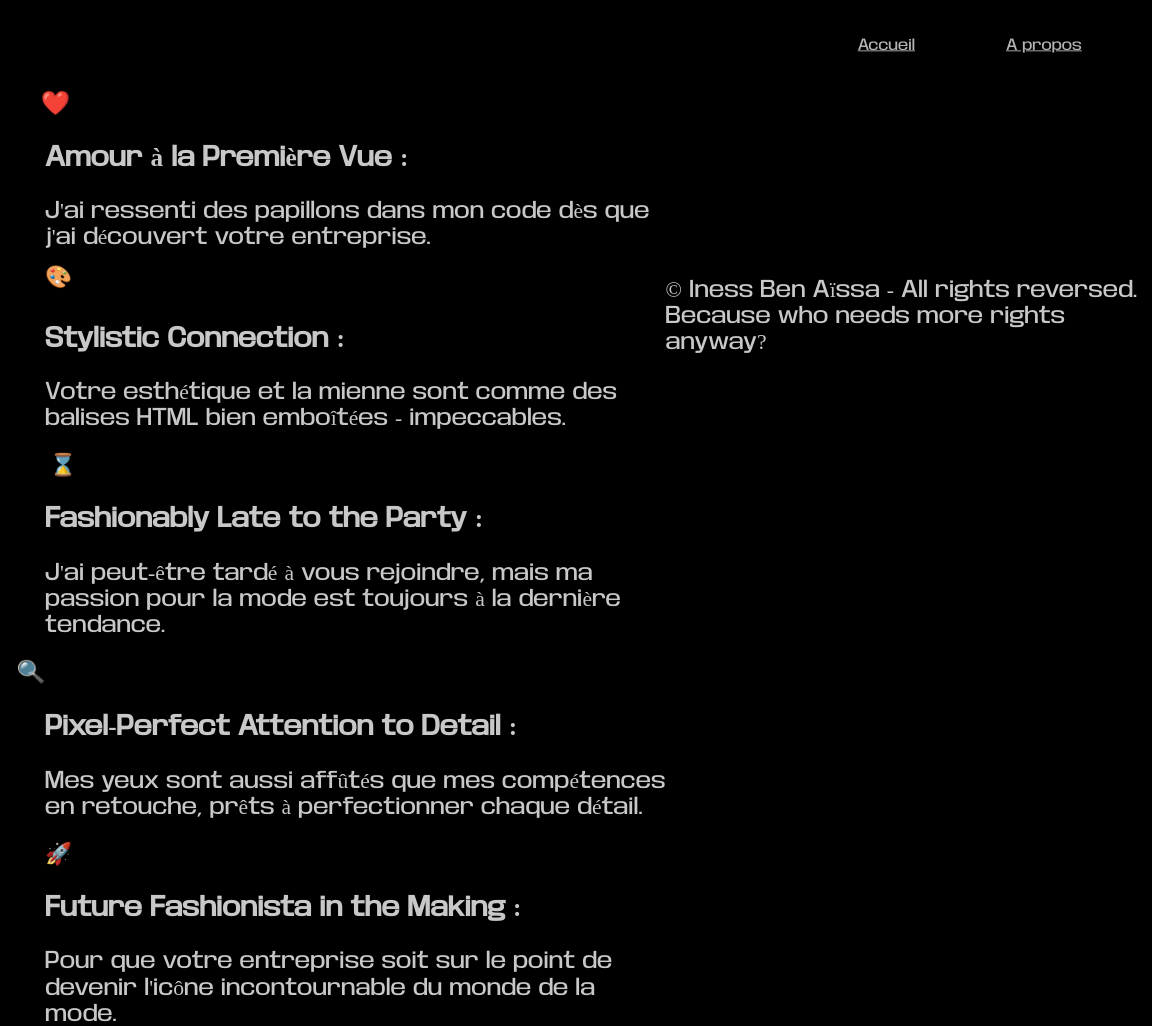
Repository: inessben/application
Page: company/company.html
These files come from the project's save history. The page is drawn as it stood at one moment and after a run of saves; the edit follows.
The browser window is 1280 px wide. The pictures show the whole page, at 90% of full size.

Above is the page before, as saved 2023-12-04 03:08:56.

### company/company.html
<!DOCTYPE html>
<html lang="en">
<head>
    <meta charset="UTF-8">
    <meta name="viewport" content="width=device-width, initial-scale=1.0">
    <!-- generate the icon -->
    <link rel="apple-touch-icon" sizes="180x180" href="/favicon/apple-touch-icon.png">
    <link rel="icon" type="image/png" sizes="32x32" href="/favicon/favicon-32x32.png">
    <link rel="icon" type="image/png" sizes="16x16" href="/favicon/favicon-16x16.png">
    <link rel="manifest" href="/favicon/site.webmanifest">
    <link rel="mask-icon" href="/favicon/safari-pinned-tab.svg" color="#5bbad5">
    <meta name="msapplication-TileColor" content="#da532c">
    <!--  -->
    <meta name="theme-color" content="#ffffff">
    <title>#slowlyApplication</title>
    <link rel="stylesheet" href="company.css">
</head>
<body>
    <section id="nav-header">
        <header class="links">
            <a href="/index.html" class="link">Accueil</a>
            <a href="/about/about.html" class="link">A propos</a>
        </header>
    </section>

    <section id="creative-section">
        <section class="sentences" id="heart-sentence">
            <div id="heart-animation">❤️</div>
            <h3>Amour à la Première Vue :</h3>
            <p>J'ai ressenti des papillons dans mon code dès que j'ai découvert votre entreprise.</p>
        </section>

        <section class="sentences" id="stylistic-connection-sentence">
            <div id="stylistic-connection-animation">🎨</div>
            <h3>Stylistic Connection :</h3>
            <p>Votre esthétique et la mienne sont comme des balises HTML bien emboîtées - impeccables.</p>
        </section>

        <section class="sentences" id="fashionably-late-sentence">
            <div id="fashionably-late-animation">⌛</div>
            <h3>Fashionably Late to the Party :</h3>
            <p>J'ai peut-être tardé à vous rejoindre, mais ma passion pour la mode est toujours à la dernière tendance.</p>
        </section>

        <section class="sentences" id="pixel-perfect-sentence">
            <div id="pixel-perfect-animation">🔍</div>
            <h3>Pixel-Perfect Attention to Detail :</h3>
            <p>Mes yeux sont aussi affûtés que mes compétences en retouche, prêts à perfectionner chaque détail.</p>
        </section>

        <section class="sentences" id="future-fashionista-sentence">
            <div id="future-fashionista-animation">🚀</div>
            <h3>Future Fashionista in the Making :</h3>
            <p>Pour que votre entreprise soit sur le point de devenir l'icône incontournable du monde de la mode.</p>
        </section>
    </section>

    <footer>
        <p>© Iness Ben Aïssa - All rights reversed. Because who needs more rights anyway?</p>
    </footer>
</body>
</html>

### company/company.css
@font-face {
    font-family: "Jolley";
    src: url("/fonts/jolley.woff");
    }

@font-face {
    font-family: "Base Neue";
    src: url("/fonts/base-neue.ttf");
    }

::-webkit-scrollbar {
    width: 8px;
    }

::-webkit-scrollbar-track {
    background-color: #000;
    }

::-webkit-scrollbar-thumb {
    background-color: #4b4b4b;
    border-radius: 4px;
    }

::-webkit-scrollbar-thumb:hover {
    opacity: 0.7;
    }

html {
    scroll-behavior: smooth;
    }

body {
font-family: "Base Neue";
    margin: 0;
    margin-left: 50px;
    padding: 0;
    display: flex;
    align-items: center;
    justify-content: center;
    height: 100vh;
    background-color: #000000;
    color: #c8c8c8;
    font-size: 24px;
    }

#nav-header {
        position: absolute;
        top: 30px;
        right: 20px;
        font-size: 16px;
        font-weight: 500;
        padding: 10px;
    }

.link {
    padding: 8px;
    text-decoration: #b3b3b3 underline;
    color: #b3b3b3;
    margin: auto 40px;
    }

.link:hover {
        opacity: 0.7;
    }

#creative-section{
    position: relative;
    height: 100vh;
    top: 100px;
}

#heart-animation {
    width: 100px;
    animation: heartbeat 1.5s infinite;
    }

#stylistic-connection-animation {
    animation: styleConnection 2s infinite alternate;
    }

#fashionably-late-animation {
    animation: fashionablyLate 1s infinite alternate;
    }

#pixel-perfect-animation {
    animation: pixelPerfect 1.5s infinite alternate;
    }

#future-fashionista-animation {
    animation: futureFashionista 2s infinite alternate;
    }

@keyframes heartbeat {
    0%, 100% {
    transform: scale(1);
    }
    50% {
    transform: scale(1.1);
    }
}

@keyframes styleConnection {
    0% {
    transform: translateY(0);
    }
    100% {
    transform: translateY(-10px);
    }
}

@keyframes fashionablyLate {
    0% {
    transform: translateX(0);
    }
    100% {
    transform: translateX(5px);
    }
}

@keyframes pixelPerfect {
    0% {
    transform: scaleX(1);
    }
    100% {
    transform: scaleX(1.1);
    }
}

@keyframes futureFashionista {
    0% {
    opacity: 0.8;
    }
    100% {
    opacity: 1;
    }
}

footer{
    position: relative;
    display: flex;
    align-items: center;
    justify-content: center;
    bottom: 10px;
}

After the next 2 saves:
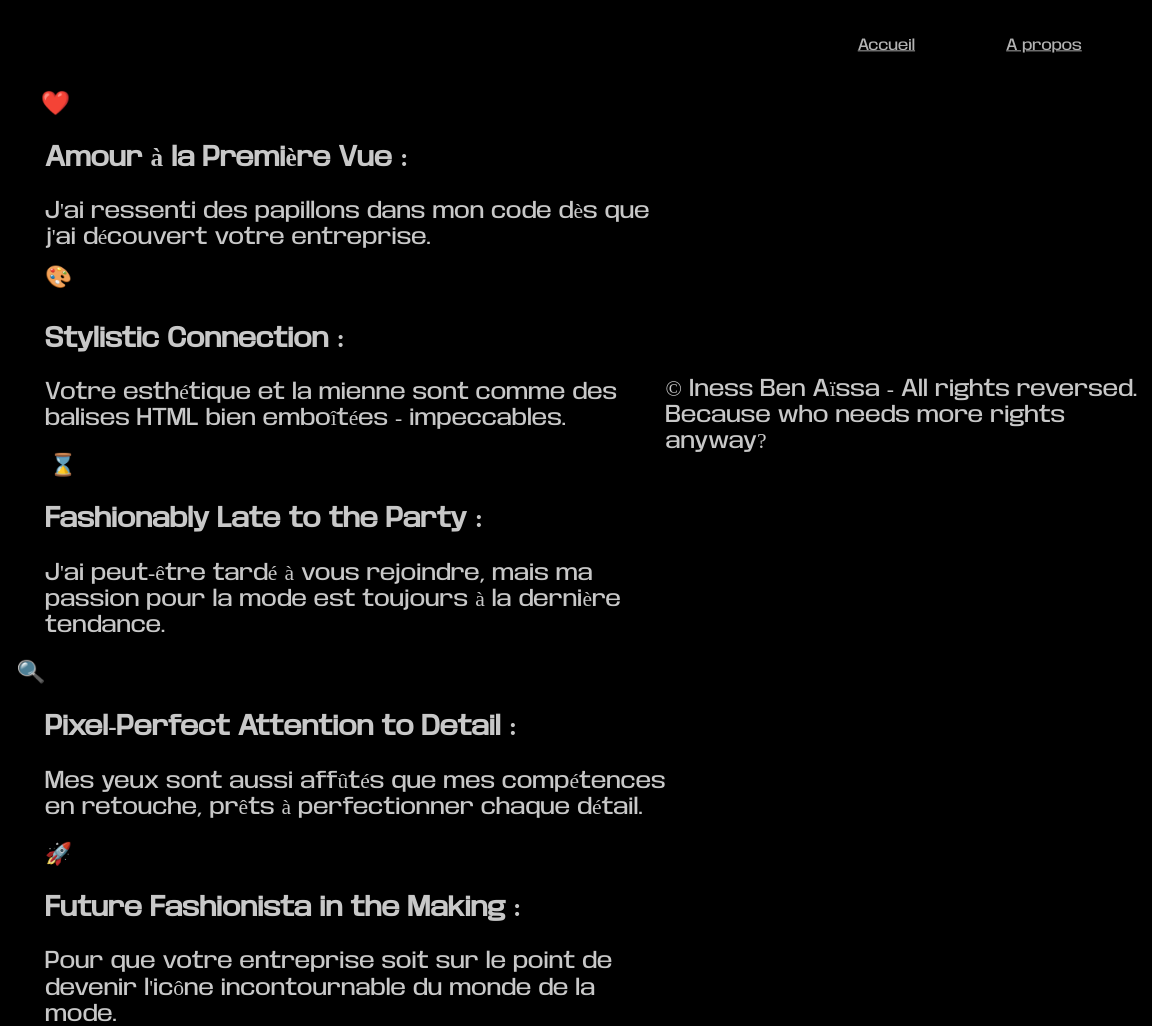
The 2 saves are shown as one change because they came seconds apart.
The last was saved 21 s later.
--- a/company/company.css
+++ b/company/company.css
@@ -140,5 +140,5 @@ footer{
     display: flex;
     align-items: center;
     justify-content: center;
-    bottom: 10px;
+    bottom: -100px;
 }
